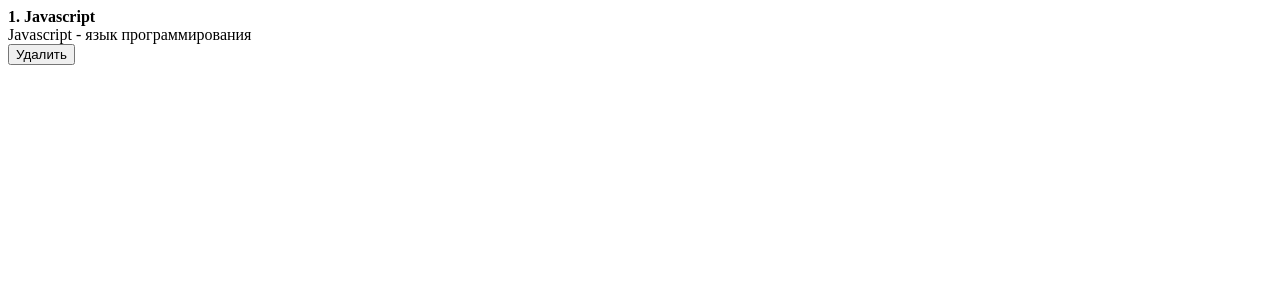
Repository: otvertka/ulb
Page: /
The author's editor kept a copy of each file at every save. The page is drawn from the files as they stood at one save, then again after the next save.
The browser window is 1280 px wide. The pictures show the whole page.
The project was rebuilt for these pictures with package versions that can differ from the ones it lists, and the page was loaded fresh each time. Also part of the build but not shown: src/components/Counter.jsx, src/components/ClassCounter.jsx.

Above is the page before, as saved 2023-06-10 11:35:03.

### public/index.html
<!DOCTYPE html>
<html lang="en">
  <head>
    <meta charset="utf-8" />
    <meta name="viewport" content="width=device-width, initial-scale=1" />

    <title>React App</title>
  </head>
  <body>
    <noscript>You need to enable JavaScript to run this app.</noscript>
    <div id="root">
      <!-- ЗДЕСЬ БУДЕТ НАШЕ JS ПРИЛОЖЕНИЕ -->
    </div>
  </body>
</html>

### src/index.js
import React from "react";
import ReactDOM from "react-dom";
import App from "./App";

// const root = ReactDOM.createRoot(document.getElementById("root"));
// root.render(<App />);
ReactDOM.render(<App />, document.getElementById("root"));

### src/App.js
import React, { useState } from "react";
import Counter from "./components/Counter";
import ClassCounter from "./components/ClassCounter";

function App() {
  // const [likes, setLikes] = useState(0); // счётчики лайков
  const [value, setValue] = useState("ТЕКСТ В ИНПУТЕ"); // управляемый инпут

  // импортируем компонент Counter
  return (
    <div className="App">
      <div className="App">
        <div className="post">
          <div className="post__content">
            <strong> 1. Javascript </strong>
            <div>Javascript - язык программирования</div>
          </div>
        </div>
        <div className="post__btns">
          <button>Удалить</button>
        </div>
      </div>
    </div>
  );
}

export default App;

### src/styles/App.css
* {
  margin: 0;
  padding: 0;
  box-sizing: border-box;
}

/* Рут- блок из index.html */
#root {
  display: flex;
  justify-content: space-between;
}

.App {
  width: 800px;
}

After the next save:
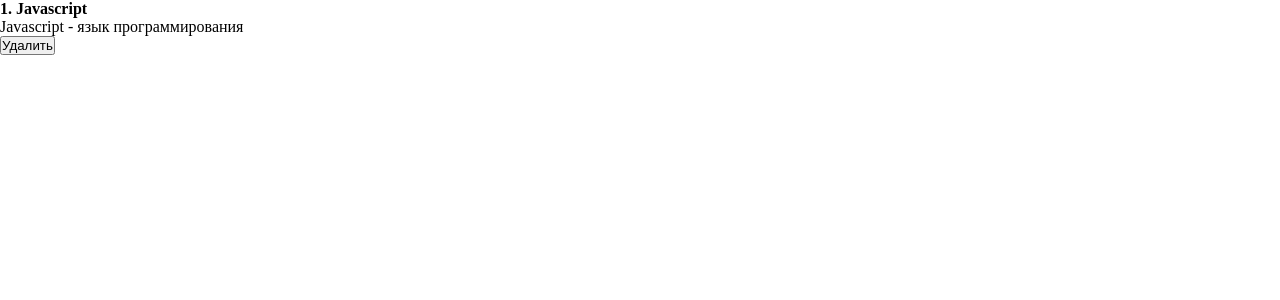
Saved 88 s later.
--- a/src/App.js
+++ b/src/App.js
@@ -1,6 +1,7 @@
 import React, { useState } from "react";
 import Counter from "./components/Counter";
 import ClassCounter from "./components/ClassCounter";
+import "./styles/App.css";
 
 function App() {
   // const [likes, setLikes] = useState(0); // счётчики лайков
